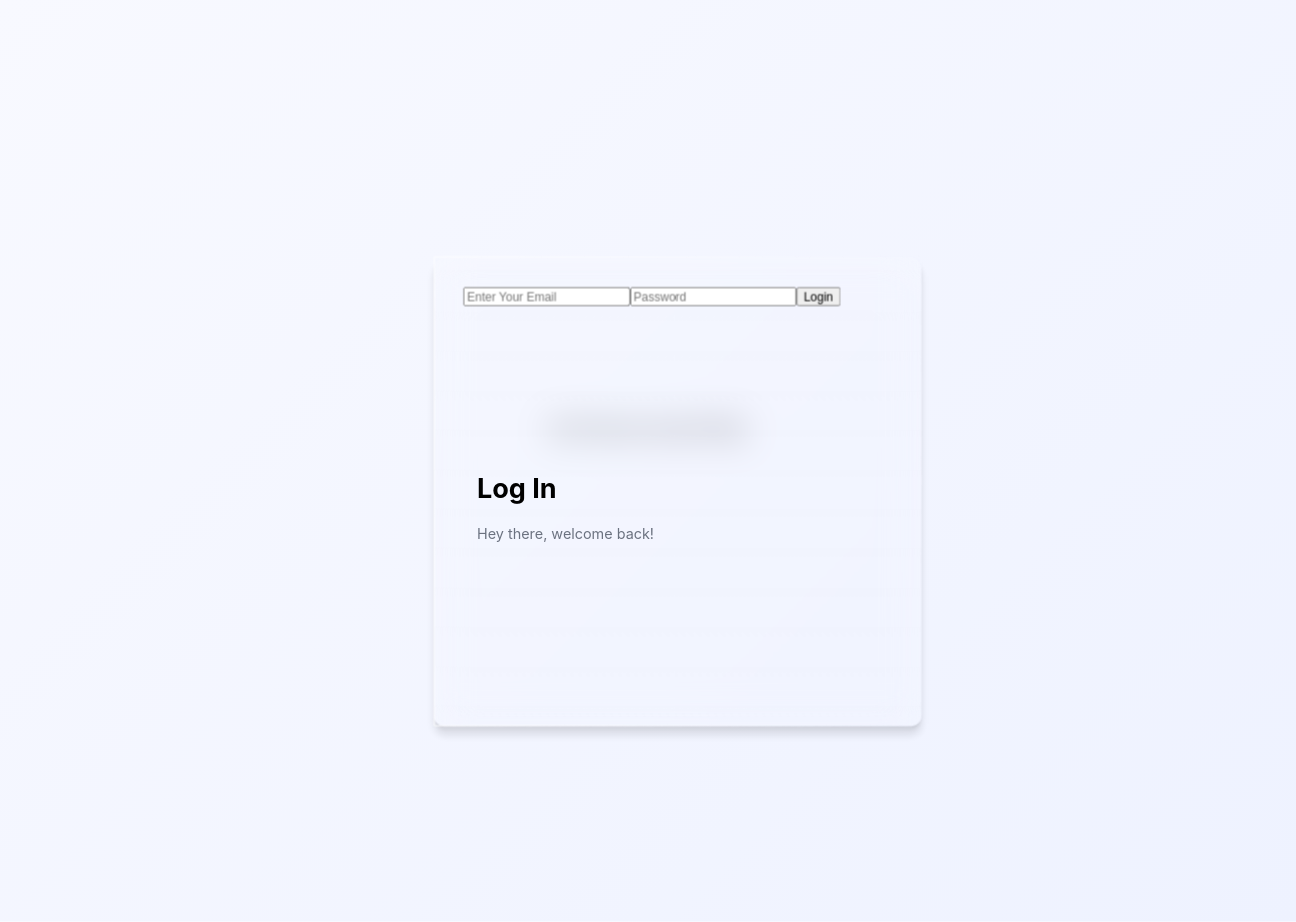
Repository: AfifaNoor/Admin_Panel-React-
Page: /
The author's editor kept a copy of each file at every save. The page is drawn from the files as they stood at one save, then again after the next save.
The browser window is 1280 px wide. The page is 1440 px wide, so the pictures cover 1440 px, including what lies to the right of the window. The pictures show the whole page, at 90% of full size.
The project was rebuilt for these pictures with package versions that can differ from the ones it lists, and the page was loaded fresh each time. Also part of the build but not shown: src/SignUp.jsx.

Above is the page before, as saved 2025-07-10 15:48:11.

After the next save:
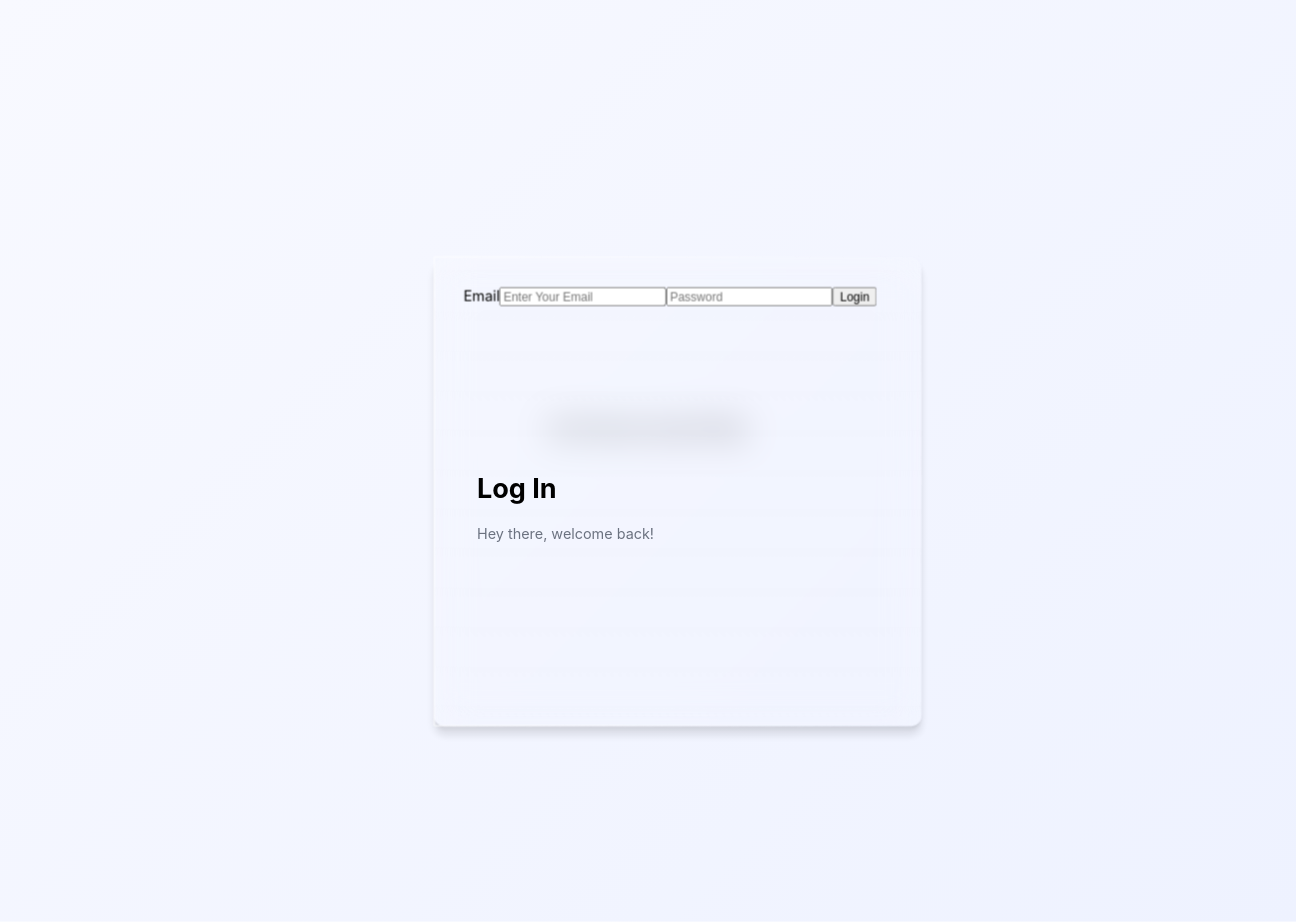
Saved 75 s later.
--- a/src/LoginPage.jsx
+++ b/src/LoginPage.jsx
@@ -53,6 +53,7 @@ const handleSubmit =(e)=>{
     </div>
 
       <form className="login-form" onSubmit={handleSubmit}>
+      <label className='form-label'>Email</label>
         <input
           type="email"
           className="form-input"
